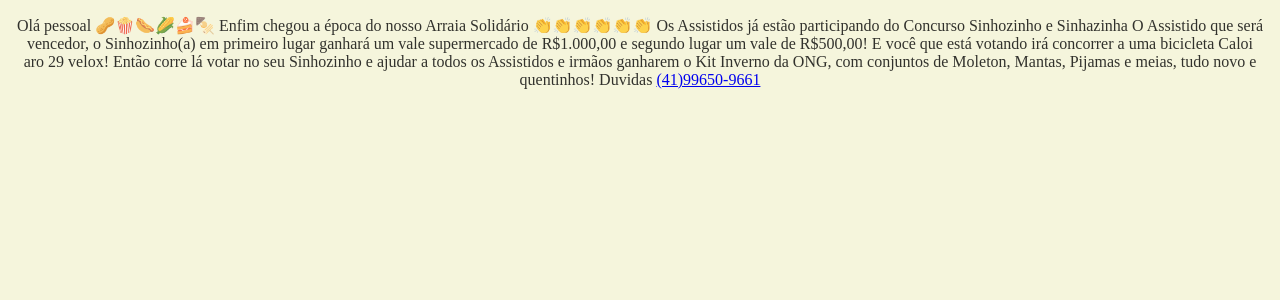
Repository: adrtrvs/qrcodeong
Page: campaignall.html
The author's editor kept a copy of each file at every save. The page is drawn from the files as they stood at one save, then again after the next save.
The browser window is 1280 px wide. The pictures show the whole page.
Some web fonts or font styles are not loaded; a fallback is used.

Above is the page before, as saved 2023-05-26 11:24:04.

After the next save:
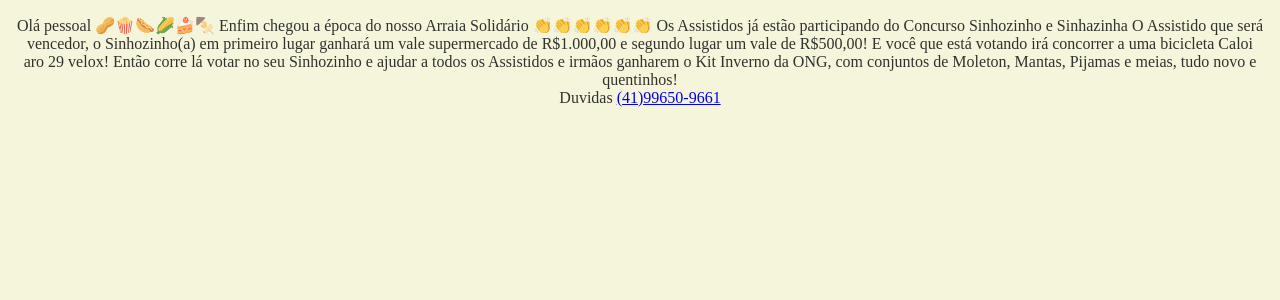
Saved 42 s later.
--- a/campaignall.html
+++ b/campaignall.html
@@ -21,7 +21,8 @@
       de R$500,00! E você que está votando irá concorrer a uma bicicleta Caloi
       aro 29 velox! Então corre lá votar no seu Sinhozinho e ajudar a todos os
       Assistidos e irmãos ganharem o Kit Inverno da ONG, com conjuntos de
-      Moleton, Mantas, Pijamas e meias, tudo novo e quentinhos! Duvidas
+      Moleton, Mantas, Pijamas e meias, tudo novo e quentinhos!<br />
+      Duvidas
       <a href="tel:+5541996509661">(41)99650-9661</a>
     </p>
   </body>
